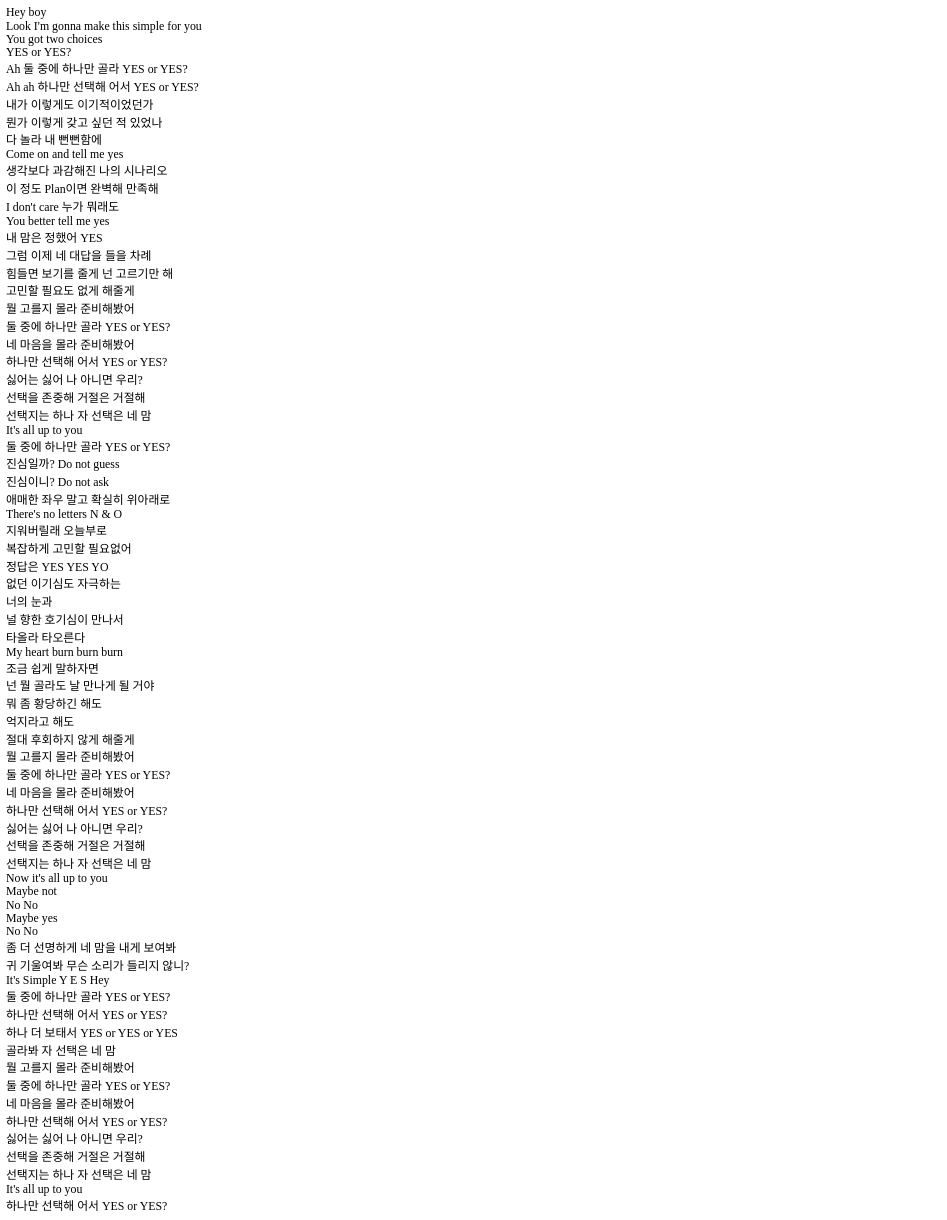
Repository: lbj0314/webTest
Page: Html_1/WebContent/text/text1_ex1.html
The author's editor kept a copy of each file at every save. The page is drawn from the files as they stood at one save, then again after the next save.
The browser window is 1280 px wide. The pictures show the whole page, at 74% of full size.

Above is the page before, as saved 2019-10-14 06:48:03.

### Html_1/WebContent/text/text1_ex1.html
<!DOCTYPE html>
<html>
<head>
<meta charset="UTF-8">
<title>Insert title here</title>
</head>
<body>
Hey boy<br>
Look I'm gonna make this simple for you<br>
You got two choices<br>
YES or YES?<br>
Ah 둘 중에 하나만 골라 YES or YES?<br>
Ah ah 하나만 선택해 어서 YES or YES?<br>
내가 이렇게도 이기적이었던가<br>
뭔가 이렇게 갖고 싶던 적 있었나<br>
다 놀라 내 뻔뻔함에<br>
Come on and tell me yes<br>
생각보다 과감해진 나의 시나리오<br>
이 정도 Plan이면 완벽해 만족해<br>
I don't care 누가 뭐래도<br>
You better tell me yes<br>
내 맘은 정했어 YES<br>
그럼 이제 네 대답을 들을 차례<br>
힘들면 보기를 줄게 넌 고르기만 해<br>
고민할 필요도 없게 해줄게<br>
뭘 고를지 몰라 준비해봤어<br>
둘 중에 하나만 골라 YES or YES?<br>
네 마음을 몰라 준비해봤어<br>
하나만 선택해 어서 YES or YES?<br>
싫어는 싫어 나 아니면 우리?<br>
선택을 존중해 거절은 거절해<br>
선택지는 하나 자 선택은 네 맘<br>
It's all up to you<br>
둘 중에 하나만 골라 YES or YES?<br>
진심일까? Do not guess<br>
진심이니? Do not ask<br>
애매한 좌우 말고 확실히 위아래로<br>
There's no letters N & O<br>
지워버릴래 오늘부로<br>
복잡하게 고민할 필요없어<br>
정답은 YES YES YO<br>
없던 이기심도 자극하는<br>
너의 눈과<br>
널 향한 호기심이 만나서<br>
타올라 타오른다<br>
My heart burn burn burn<br>
조금 쉽게 말하자면<br>
넌 뭘 골라도 날 만나게 될 거야<br>
뭐 좀 황당하긴 해도<br>
억지라고 해도<br>
절대 후회하지 않게 해줄게<br>
뭘 고를지 몰라 준비해봤어<br>
둘 중에 하나만 골라 YES or YES?<br>
네 마음을 몰라 준비해봤어<br>
하나만 선택해 어서 YES or YES?<br>
싫어는 싫어 나 아니면 우리?<br>
선택을 존중해 거절은 거절해<br>
선택지는 하나 자 선택은 네 맘<br>
Now it's all up to you<br>
Maybe not<br>
No No<br>
Maybe yes<br>
No No<br>
좀 더 선명하게 네 맘을 내게 보여봐<br>
귀 기울여봐 무슨 소리가 들리지 않니?<br>
It's Simple Y E S Hey<br>
둘 중에 하나만 골라 YES or YES?<br>
하나만 선택해 어서 YES or YES?<br>
하나 더 보태서 YES or YES or YES<br>
골라봐 자 선택은 네 맘<br>
뭘 고를지 몰라 준비해봤어<br>
둘 중에 하나만 골라 YES or YES?<br>
네 마음을 몰라 준비해봤어<br>
하나만 선택해 어서 YES or YES?<br>
싫어는 싫어 나 아니면 우리?<br>
선택을 존중해 거절은 거절해<br>
선택지는 하나 자 선택은 네 맘<br>
It's all up to you<br>
하나만 선택해 어서 YES or YES?
</body>
</html>

After the next save:
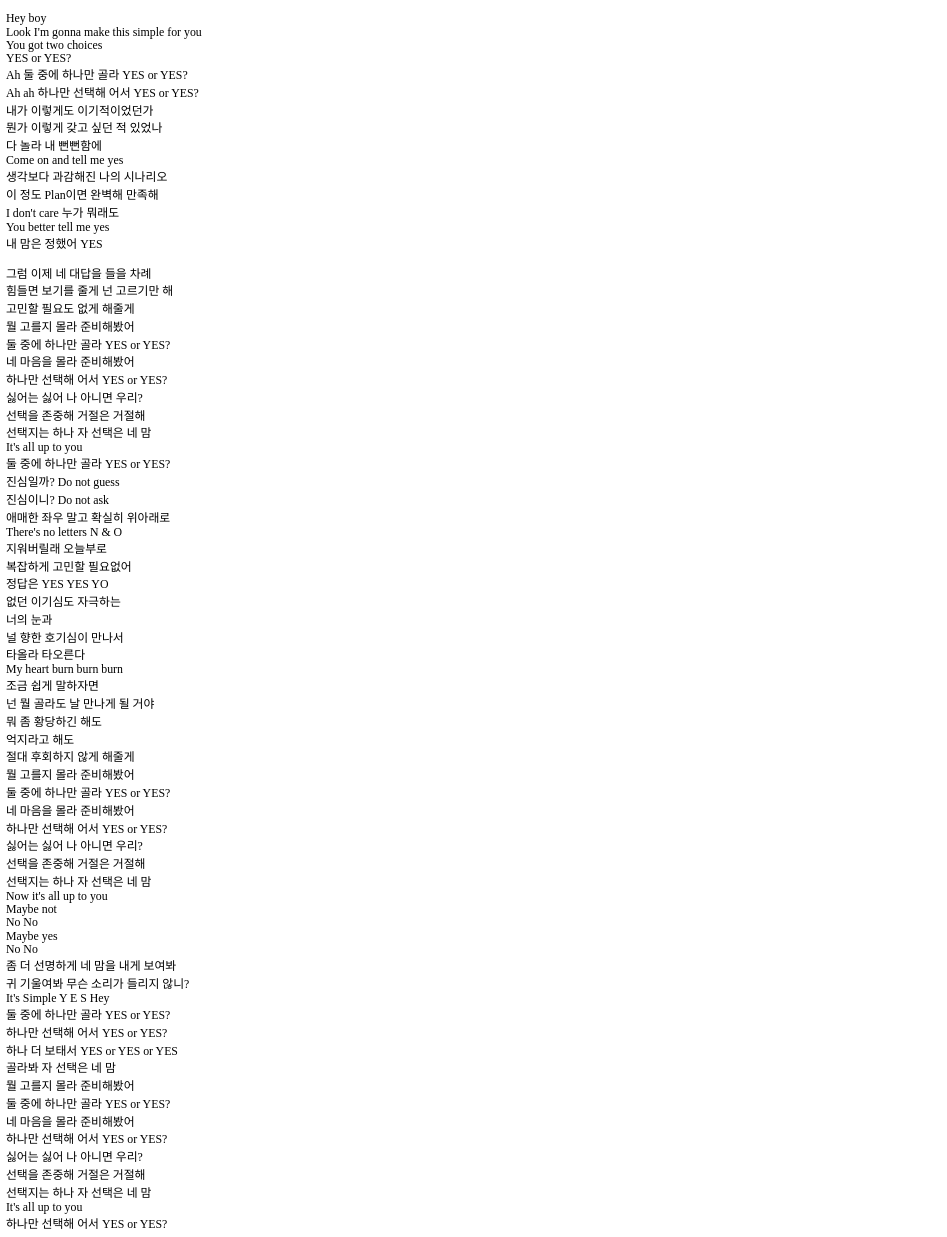
Saved 2 min 9 s later.
--- a/Html_1/WebContent/text/text1_ex1.html
+++ b/Html_1/WebContent/text/text1_ex1.html
@@ -5,6 +5,7 @@
 <title>Insert title here</title>
 </head>
 <body>
+<p>
 Hey boy<br>
 Look I'm gonna make this simple for you<br>
 You got two choices<br>
@@ -20,6 +21,7 @@ Come on and tell me yes<br>
 I don't care 누가 뭐래도<br>
 You better tell me yes<br>
 내 맘은 정했어 YES<br>
+</P>
 그럼 이제 네 대답을 들을 차례<br>
 힘들면 보기를 줄게 넌 고르기만 해<br>
 고민할 필요도 없게 해줄게<br>
